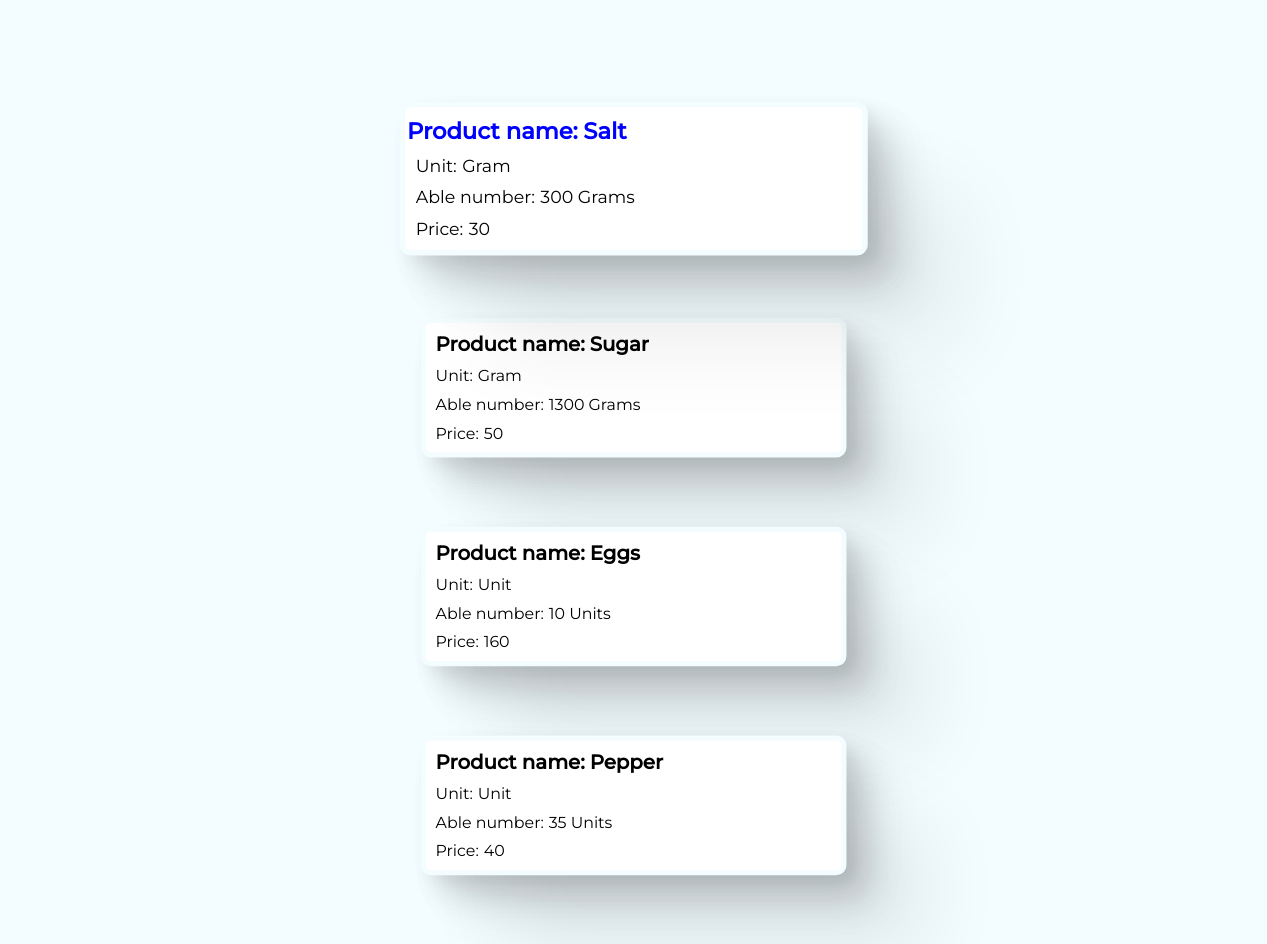
Repository: OlexandraKovach2/Vue
Page: / (app in vuexam/brila-exam/)
An editor plug-in stored every save of this project. The page is shown before and after the next save, followed by the edit.
The browser window is 1280 px wide. The pictures show the whole page, at 99% of full size.
The pointer rests on the first visible `.info-row`.
The project was rebuilt for these pictures with package versions that can differ from the ones it lists, and the page was loaded fresh each time. Also part of the build but not shown: vuexam/brila-exam/vue.config.js.

Above is the page before, as saved 2022-11-08 22:04:30.

After the next save:
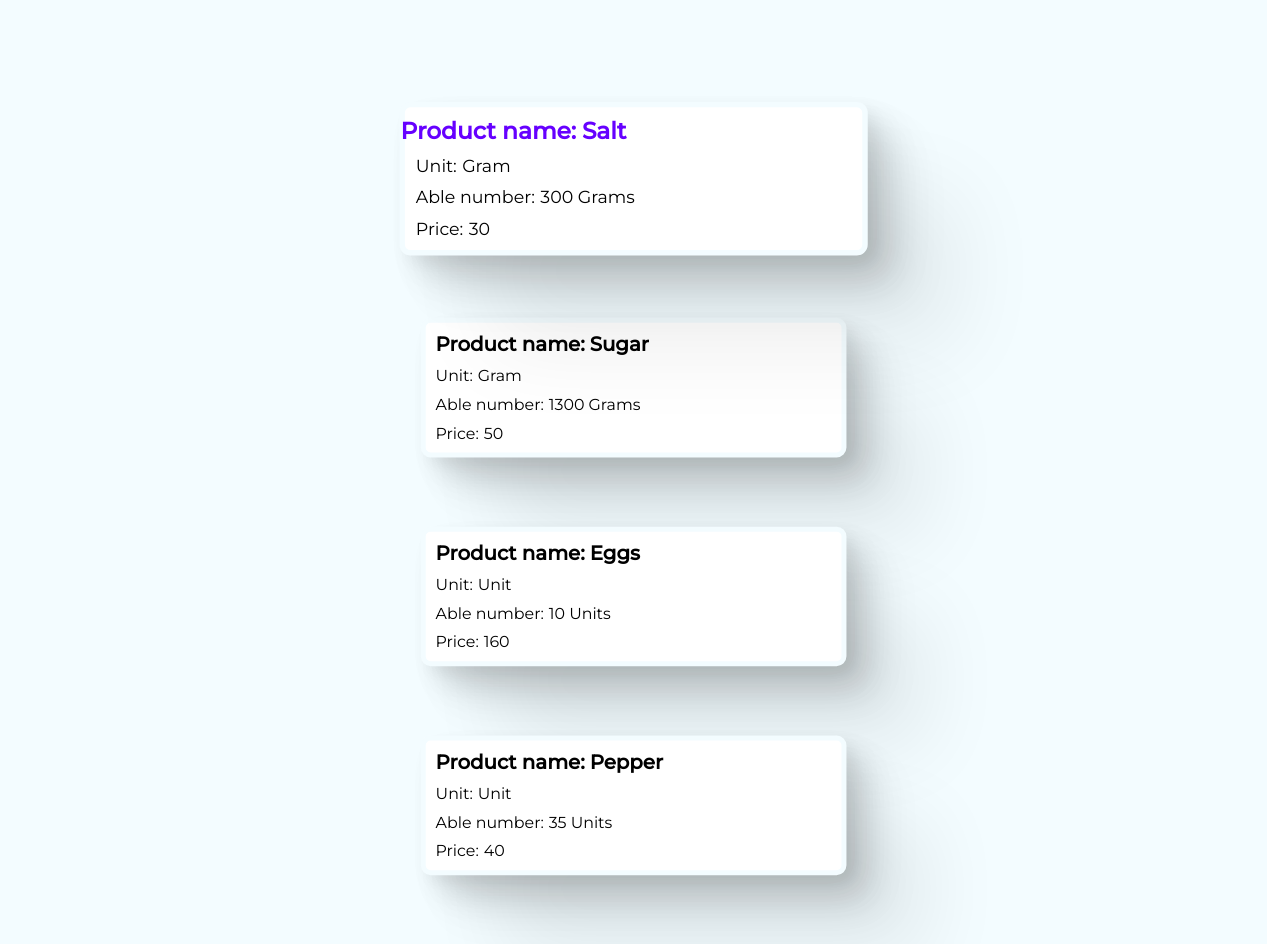
Saved 42 s later.
--- a/vuexam/brila-exam/src/components/ObjectTable/ObjectBase.vue
+++ b/vuexam/brila-exam/src/components/ObjectTable/ObjectBase.vue
@@ -83,6 +83,10 @@
     scale: 1.04;
     color: rgb(0, 0, 255);
 }
+.info-row:hover:first-child{
+    scale: 1.07;
+    color: rgb(102, 0, 255);
+}
 .name{
     font-size: 20px;
     font-weight: 600;
